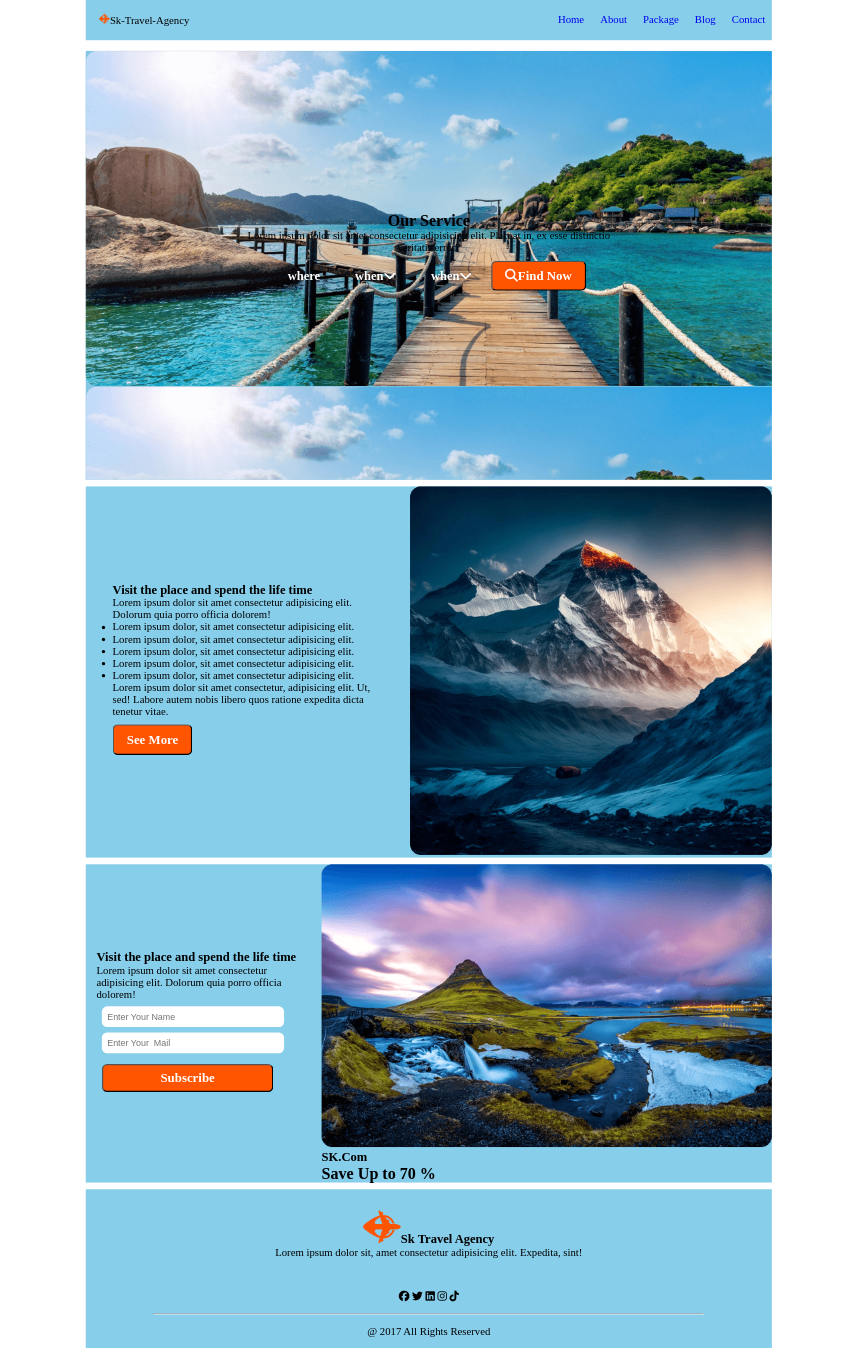
Repository: sumonkumarsarkar/Sk-Travel-Agency-
Page: index.html
An editor plug-in stored every save of this project. The page is shown before and after the next save, followed by the edit.
The browser window is 1280 px wide. The pictures show the whole page, at 67% of full size.

Above is the page before, as saved 2024-01-17 06:37:18.

### index.html
<!DOCTYPE html>
<html lang="en">
<head>
    <meta charset="UTF-8">
    <meta name="viewport" content="width=device-width, initial-scale=1.0">
    <title>Sk-Travel-Agency</title>
    <link rel="stylesheet" href="./style.css">

    <link rel="stylesheet" href="https://cdnjs.cloudflare.com/ajax/libs/font-awesome/6.5.1/css/all.min.css" integrity="sha512-DTOQO9RWCH3ppGqcWaEA1BIZOC6xxalwEsw9c2QQeAIftl+Vegovlnee1c9QX4TctnWMn13TZye+giMm8e2LwA==" crossorigin="anonymous" referrerpolicy="no-referrer" />
</head>
<body>
    <header>
         <div class="container">
            <nav>
                <div class="icon-header">
                    <p> <span><img src="./Images/Group 40071 (2).png" alt=""></span>Sk-Travel-Agency</p>
                </div>
                <div class="menu-header">
                    <ul>
                        <li><a href="#">Home</a></li>
                        <li><a href="#">About</a></li>
                        <li><a href="#">Package</a></li>
                        <li><a href="#">Blog</a></li>
                        <li><a href="#">Contact</a></li>
                    </ul>
                </div>
            </nav>
         </div>


<div class="container">
    <div class="banner-section">
        <h2>Our Service</h2>
        <p>Lorem ipsum dolor sit amet consectetur adipisicing elit. Placeat in, ex esse distinctio veritatis error?</p>
        <div class="banner-button">
         <h3>where </h3>
         <h3>when<span><i class="fa-solid fa-chevron-down"></i></span></h3>
         <h3>when<span><i class="fa-solid fa-chevron-down"></i></span></h3>

        <button type="button"> <span><i class="fa-solid fa-magnifying-glass"></i></span>Find Now</button>
        </div>
       </div>

</div>

    </header>



    <main>

        <!-- place part start  -->

<div class="container">
    <div class="container-item">
        <div class="text-item">
         <h3>Visit the place and spend the life time</h3>
         <p>Lorem ipsum dolor sit amet consectetur adipisicing elit. Dolorum quia porro officia dolorem!</p>
         <ul>
            <li><p>Lorem ipsum dolor, sit amet consectetur adipisicing elit.</p></li>
            <li><p>Lorem ipsum dolor, sit amet consectetur adipisicing elit.</p></li>
            <li><p>Lorem ipsum dolor, sit amet consectetur adipisicing elit.</p></li>
            <li><p>Lorem ipsum dolor, sit amet consectetur adipisicing elit.</p></li>
            <li><p>Lorem ipsum dolor, sit amet consectetur adipisicing elit.</p></li>
         </ul>
         <p>Lorem ipsum dolor sit amet consectetur, adipisicing elit. Ut, sed! Labore autem nobis libero quos ratione expedita dicta tenetur vitae.</p>
         <button type="button">See More</button>
        </div>
        <div class="container-img-item">
            <img src="./Images/Rectangle 4.png" alt="">
        </div>
    </div>
</div>


 <!-- place part end  -->


 <div class="container">
    <div class="container-item">
        <div class="text-form">
         <h3>Visit the place and spend the life time</h3>
         <p>Lorem ipsum dolor sit amet consectetur adipisicing elit. Dolorum quia porro officia dolorem!</p>

         <form>
            <input type="text" placeholder="Enter Your Name">
            <input type="text" placeholder="Enter Your  Mail">
         </form>
         <button type="button">Subscribe</button>
        </div>
        <div class="container-img-item">
            <img src="./Images/Rectangle 8 (1).png" alt="">
            <h3>SK.Com</h3>
            <h2>Save Up to 70 %</h2>
        </div>
    </div>
</div>



<!-- form part start  -->




<!-- form part end  -->


    </main>









        <footer>
            <div class="container">

                    <div class="nornal-text">
                           <h3> <span><img src="./Images/Group 40071 (2).png" alt=""></span>Sk Travel Agency</h3>
                            <p>Lorem ipsum dolor sit, amet consectetur adipisicing elit. Expedita, sint!</p>
                    </div>

                <div class="icon-img">
                    <i class="fa-brands fa-facebook"></i>
                    <i class="fa-brands fa-twitter"></i>
                    <i class="fa-brands fa-linkedin"></i>
                    <i class="fa-brands fa-instagram"></i>
                    <i class="fa-brands fa-tiktok"></i>
                </div>

                <hr>

               <div class="last-text">
                 <p>@ 2017 All Rights Reserved</p>

               </div>


         </footer>





</body>
</html>

### style.css
*{
    margin: 0;
    padding: 0;
}



 /* main place part start  */
.container-item{
    display: flex;
    justify-content:space-around;
    align-items: center;
    margin: 10px auto;
}

.container-item .text-item{
    padding: 40px;
}

button{
color: #FFF;
text-align: center;
font-family: Mulish;
font-size: 1.2rem;
font-style: normal;
font-weight: 800;
padding: .6rem 1.2rem;
border-radius:.5rem;
background: #FF5400;
margin: 10px auto;

}



/* form part start  */

.text-form  form input{
    display: block;
    padding:.5rem;
    width: 80%;
    margin:.5rem;
    border: none;
    border-radius: .5rem;
}
.text-form{

    padding:.5rem;
    width: 80%;
    margin:.5rem;
}
.text-form button{

    padding:.5rem;
    width: 80%;
    margin:.5rem;
}



/* form part end  */




 /* main place part end */

/* header menu bar start  */




nav{
    display: flex;
    justify-content: space-between;
    align-items: center;
    margin-bottom: 1rem;
}
.icon-header{
    align-items: center;
    padding:20px;
}
.icon-header img{
    width: 1rem;
    height: 1rem;
}
.menu-header ul{
    list-style: none;

}
.menu-header ul li{
   display: inline-block;
   padding: 10px 10px;

}
.menu-header ul li a{
    text-decoration: none;
}

.banner-section{
    background-image: url("./Images/Group 13 (1) (1).png");
    height:10rem;


}




.banner-section{
    text-align: center;
    padding:15rem;


}
.banner-button h3{
    display: inline-block;
    padding: 1rem .5rem;
    color: #FFF;
    margin: 0 1rem;
}

/* header menu bar end  */


/* footer section start  */
.container{
 background: skyblue;
 margin: 1rem auto;
}
.container .nornal-text{
text-align: center;
padding: 2rem 2rem;


}.container .icon-img{
text-align: center;
padding: 1rem 2rem;


}
.container .last-text{
text-align: center;
padding: 1rem 2rem;


}
.container, hr{

width: 80%;
margin: 0 auto;


}



/* footer section end  */

After the next save:
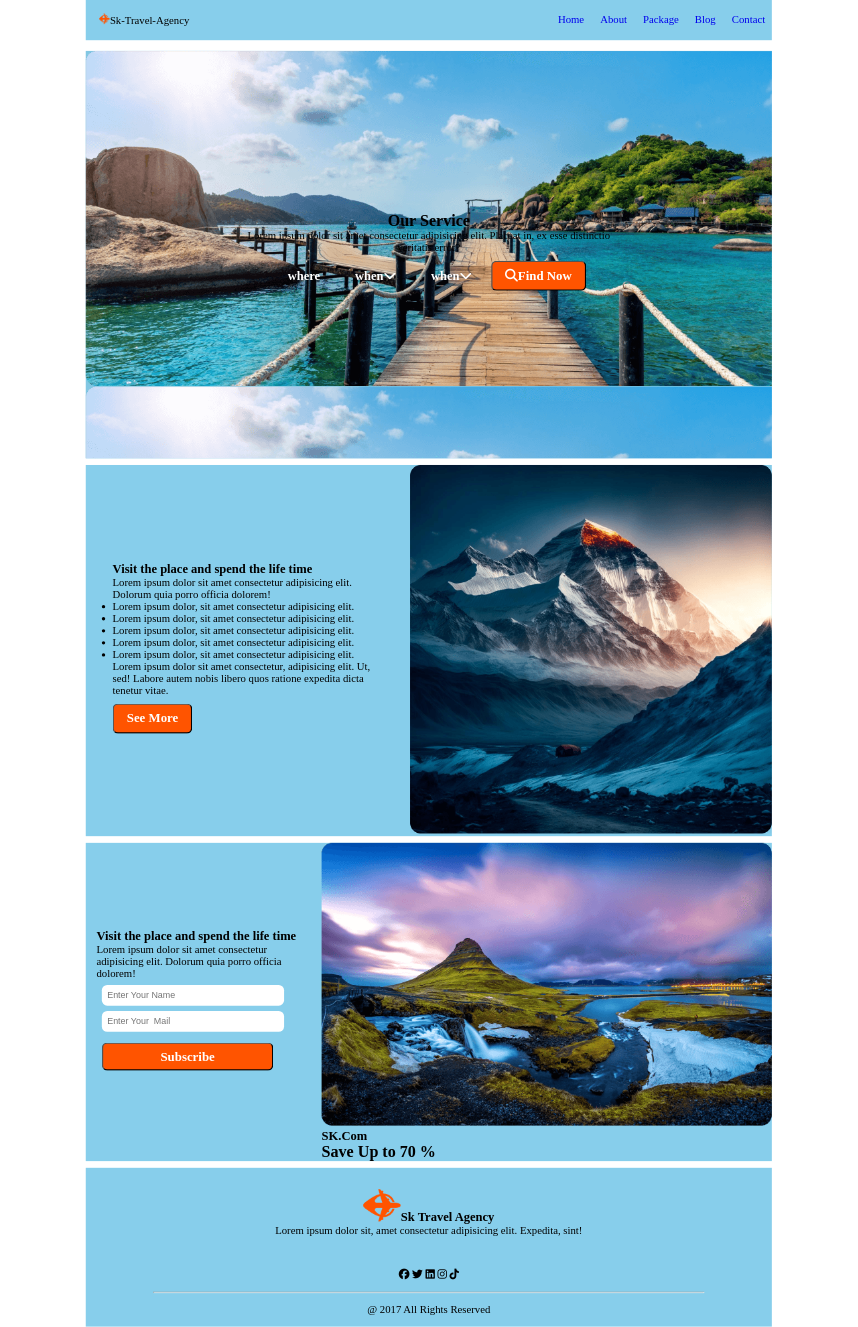
Saved 7 s later.
--- a/style.css
+++ b/style.css
@@ -99,7 +99,7 @@ nav{
 
 .banner-section{
     background-image: url("./Images/Group 13 (1) (1).png");
-    height:10rem;
+
 
 
 }
